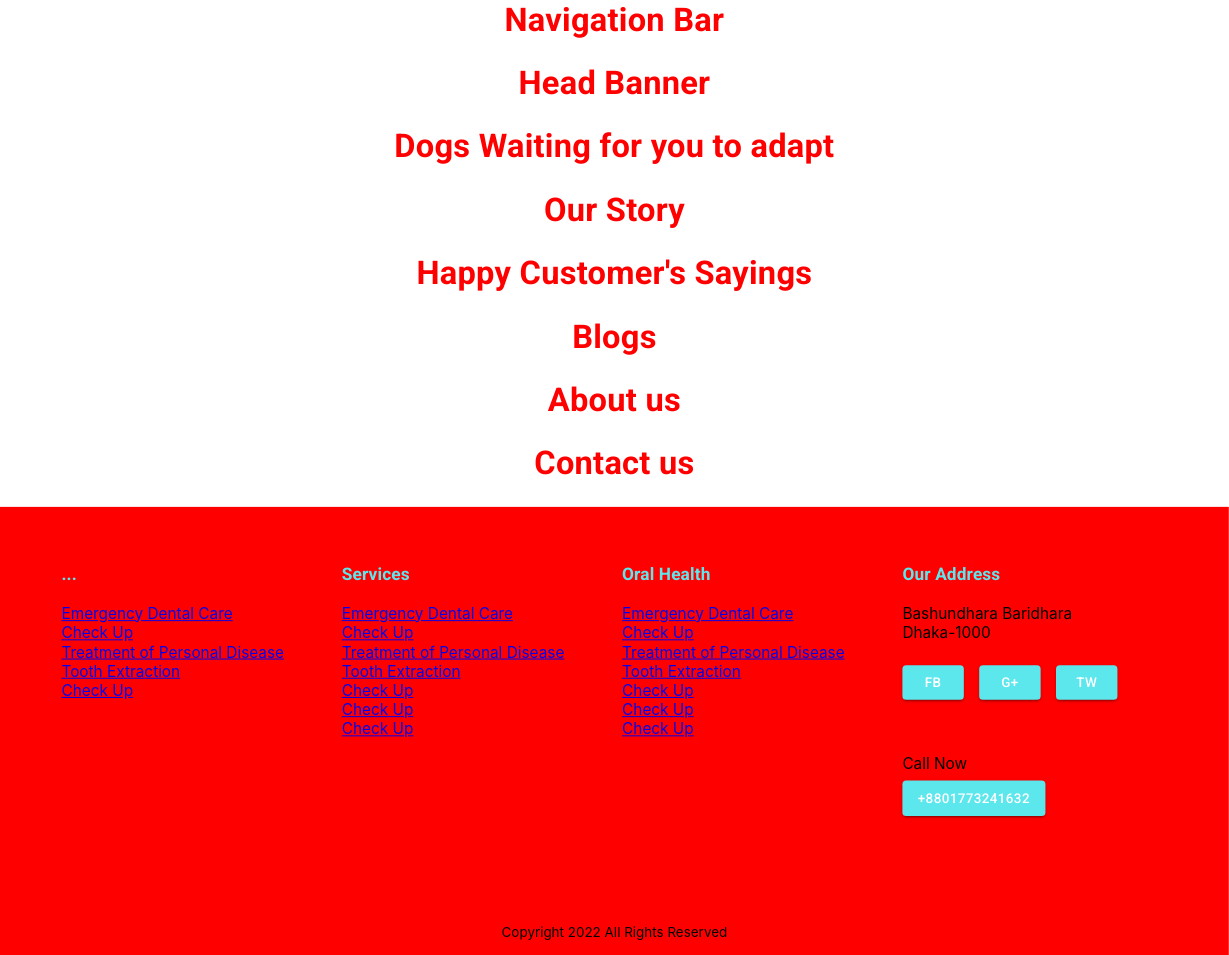
Repository: Sharif-00112/dogos-paradise-client
Page: /
The author's editor kept a copy of each file at every save. The page is drawn from the files as they stood at one save, then again after the next save.
The browser window is 1280 px wide. The pictures show the whole page, at 96% of full size.
The page's requests for data from a server got no answer. The project was rebuilt for these pictures with package versions that can differ from the ones it lists, and the page was loaded fresh each time. Some packages were replaced by stand-ins written for this rebuild. No one was signed in, and anything a server would have sent is missing. Also part of the build but not shown: src/Pages/Login/Login/Login.js, src/Pages/Login/Register/Register.js, src/Pages/NotFound/NotFound.js.

Above is the page before, as saved 2022-11-30 22:24:11.

After the next save:
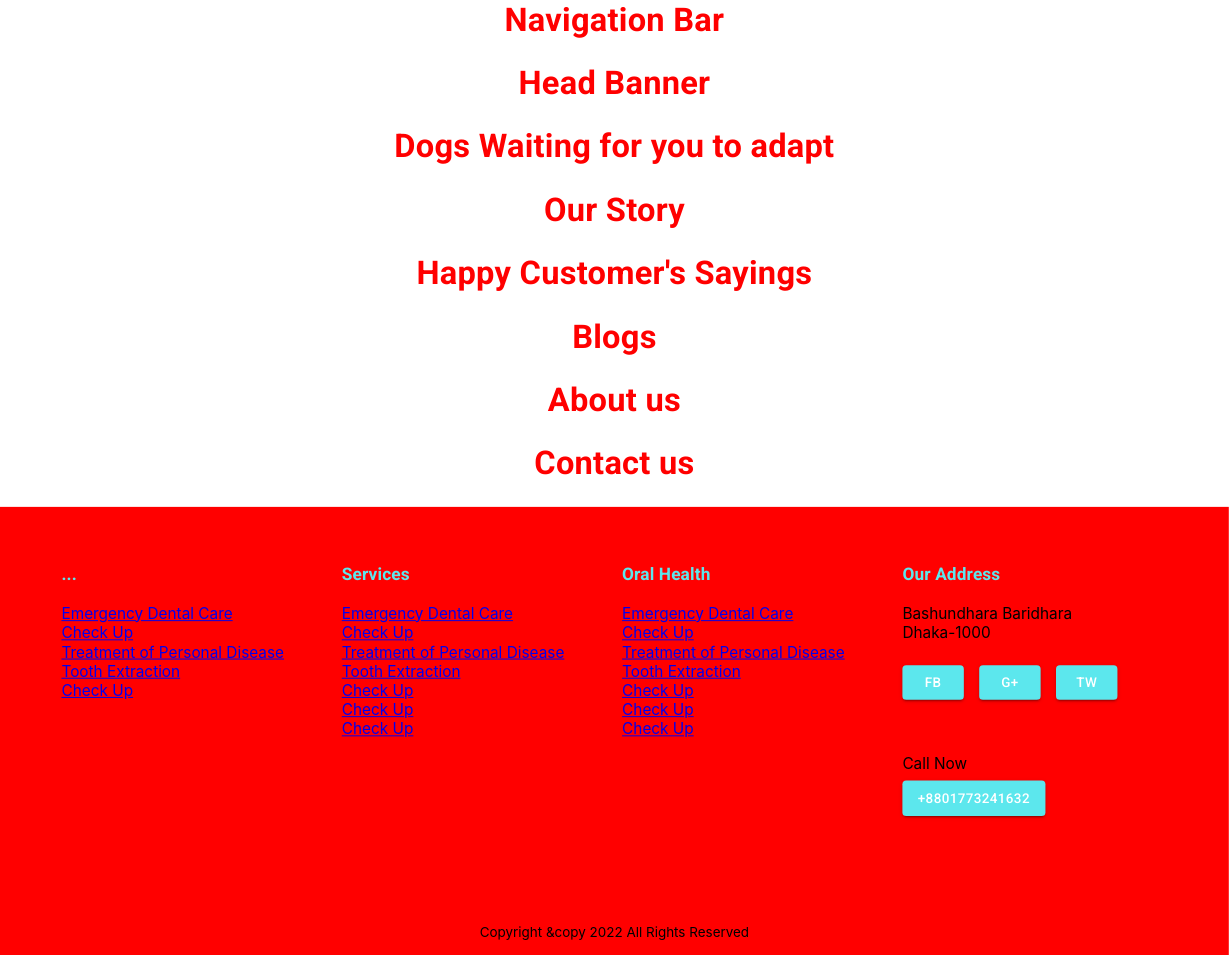
Saved 64 s later.
--- a/src/Pages/Shared/Footer/Footer.js
+++ b/src/Pages/Shared/Footer/Footer.js
@@ -150,7 +150,7 @@ const Footer = () => {
             </Box>
         </Container>
         <Typography sx={{ p:2, mt:7, fontSize: 14, fontWeight: 400 }} variant="" component="div">
-            Copyright 2022 All Rights Reserved
+            Copyright &copy 2022 All Rights Reserved
         </Typography>
     </div>
     );
